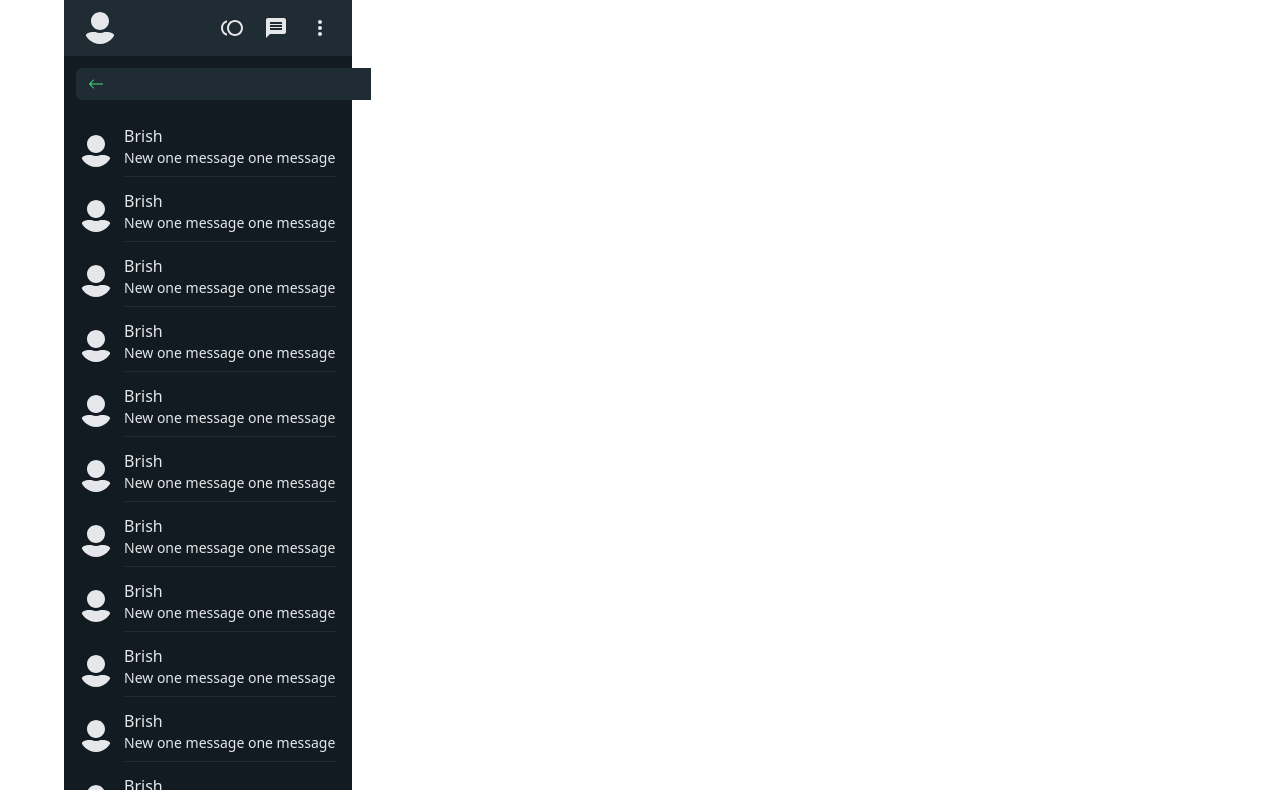
Repository: satya-ranjon/whatsapp-clone-dev
Page: /
An editor plug-in stored every save of this project. The page is shown before and after the next save, followed by the edit.
The browser window is 1280 px wide. The pictures show the whole page.
The project was rebuilt for these pictures with package versions that can differ from the ones it lists, and the page was loaded fresh each time.

Above is the page before, as saved 2022-04-09 07:19:18.

After the next save:
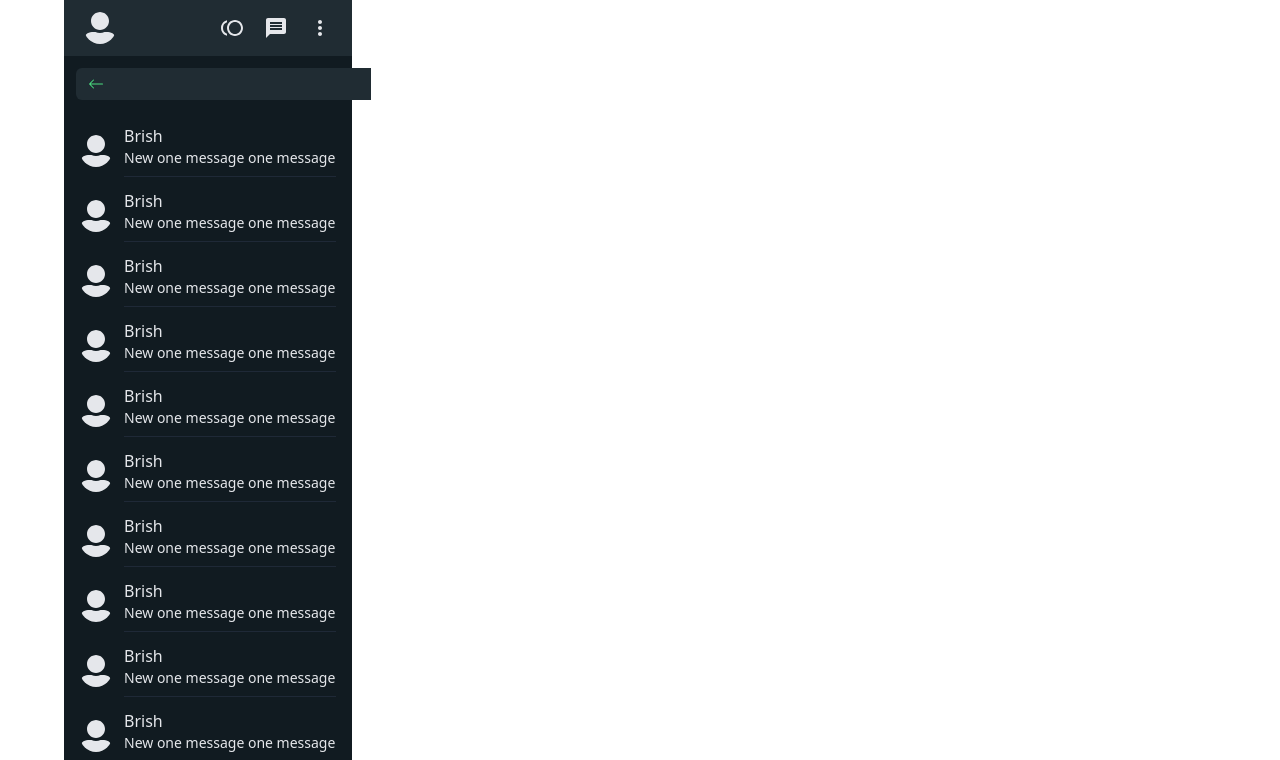
Saved 46 s later.
--- a/src/Components/SideBarUseList.jsx
+++ b/src/Components/SideBarUseList.jsx
@@ -35,7 +35,7 @@ export default function SideBarUseList() {
           </label>
         </div>
       </div>
-      <div className="bg-[#111b21] overflow-y-scroll scroll-my-1 h-[94.1vh] scrollbar scrollbar-thumb-gray-400 scrollbar-thin text-gray-200 duration-500 transition-all">
+      <div className="bg-[#111b21] overflow-y-scroll scroll-my-1 h-[90vh] scrollbar scrollbar-thumb-gray-400 scrollbar-thin text-gray-200 duration-500 transition-all">
         {array.map((i, index) => (
           <div
             key={index}
